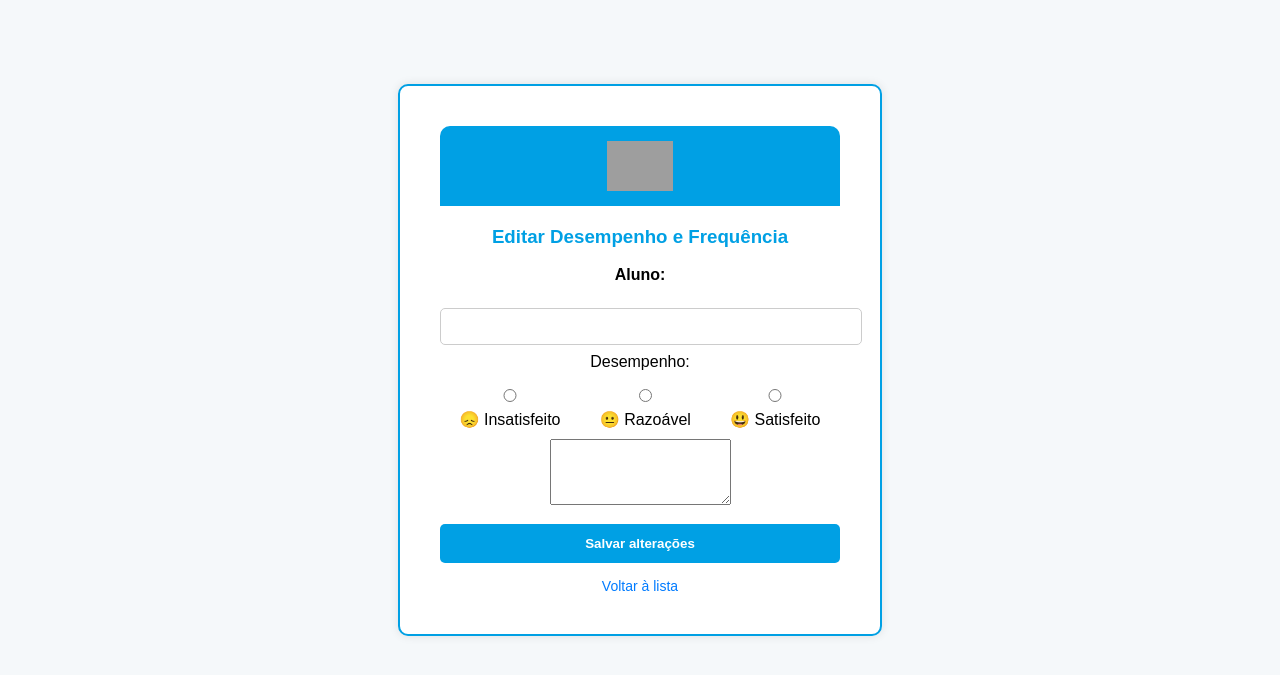
Repository: Guilherme-burle/Portal-do-Aluno-P2
Page: PortaldoAluno/Aplicativo/templates/editDF.html
An editor plug-in stored every save of this project. The page is shown before and after the next save, followed by the edit.
The browser window is 1280 px wide. The pictures show the whole page.
Pictures or frames that could not be fetched are drawn as grey boxes. The page is served by the project's application, run on Django 5.2 (PortaldoAluno/manage.py). Other server files are loaded and not shown. The template is opened directly, without the code that normally fills it, so the values that code supplies are empty.

Above is the page before, as saved 2025-05-19 19:10:17.

### PortaldoAluno/Aplicativo/templates/editDF.html
<!DOCTYPE html>
<html lang="pt-br">
<head>
  <meta charset="UTF-8" />
  <title>Editar Desempenho e Frequência</title>
  <style>
    body {
      font-family: Arial, sans-serif;
      background-color: #f5f8fa;
      margin: 0;
      padding: 0;
      display: flex;
      justify-content: center;
      align-items: center;
      height: 100vh;
    }

    .container {
      background-color: white;
      padding: 40px;
      border-radius: 10px;
      border: 2px solid #00a0e4;
      box-shadow: 0 0 10px rgba(0,0,0,0.1);
      text-align: center;
      width: 400px;
      overflow-y: auto;
      max-height: 90vh;
    }

    .logo {
      background-color: #00a0e4;
      padding: 15px;
      border-radius: 10px 10px 0 0;
      display: flex;
      align-items: center;
      justify-content: center;
    }

    .logo img {
      height: 50px;
    }

    h3 {
      color: #00a0e4;
      margin-top: 20px;
    }

    input, select {
      width: 100%;
      padding: 10px;
      margin: 8px 0;
      border: 1px solid #ccc;
      border-radius: 5px;
    }

    .btn-cadastro {
      background-color: #00a0e4;
      color: white;
      border: none;
      padding: 12px;
      width: 100%;
      border-radius: 5px;
      cursor: pointer;
      font-weight: bold;
      margin-top: 15px;
    }

    .btn {
      background-color: #00a0e4;
      color: white;
      border: none;
      padding: 12px;
      width: 100%;
      border-radius: 5px;
      cursor: pointer;
      font-weight: bold;
      margin-top: 20px;
    }

    .voltar {
      margin-top: 15px;
      font-size: 14px;
    }

    .voltar a {
      color: #007bff;
      text-decoration: none;
    }

    .voltar a:hover {
      text-decoration: underline;
    }
  </style>
</head>
<body>
  <div class="container">
    <div class="logo">
      <img src="https://i.imgur.com/7H8lMIL.png" alt="Logo Instituto Solidare" />
    </div>

     <h3>Editar Desempenho e Frequência</h3>

    <form method="POST" action="{% url 'editDF' desempenho.id %}">
      {% csrf_token %}
      <p><strong>Aluno:</strong> {{ desempenho.aluno.nome }}</p>

      <input type="number" name="faltas" value="{{ desempenho.faltas }}" min="0" required />

      <label>Desempenho:</label>
      <div style="display: flex; justify-content: space-around; margin: 10px 0;">
        <label><input type="radio" name="emoji" value="😞" {% if desempenho.emoji == '😞' %}checked{% endif %}/> 😞 Insatisfeito</label>
        <label><input type="radio" name="emoji" value="😐" {% if desempenho.emoji == '😐' %}checked{% endif %}/> 😐 Razoável</label>
        <label><input type="radio" name="emoji" value="😃" {% if desempenho.emoji == '😃' %}checked{% endif %}/> 😃 Satisfeito</label>
      </div>

      <textarea name="comentario_professor" rows="4">{{ desempenho.comentario_professor }}</textarea>

      <button type="submit" class="btn-cadastro">Salvar alterações</button>
    </form>

    <div class="voltar"><a href="{% url 'listDF' %}">Voltar à lista</a></div>
  </div>
</body>
</html>

### PortaldoAluno/projeto/urls.py
"""
URL configuration for portal project.

The `urlpatterns` list routes URLs to views. For more information please see:
    https://docs.djangoproject.com/en/5.2/topics/http/urls/
Examples:
Function views
    1. Add an import:  from my_app import views
    2. Add a URL to urlpatterns:  path('', views.home, name='home')
Class-based views
    1. Add an import:  from other_app.views import Home
    2. Add a URL to urlpatterns:  path('', Home.as_view(), name='home')
Including another URLconf
    1. Import the include() function: from django.urls import include, path
    2. Add a URL to urlpatterns:  path('blog/', include('blog.urls'))
"""
from django.contrib import admin
from django.urls import path, include

urlpatterns = [
    path('admin/', admin.site.urls),
    path('', include('Aplicativo.urls')),
]

### PortaldoAluno/Aplicativo/urls.py
from django.urls import path
from . import views

urlpatterns = [
    path('', views.home, name='home'),
    path('login/', views.login, name='login'),
    path('logout/', views.logout_view, name='logout'),
    path('cadastro/', views.cadastro, name='cadastro'),
    path('add/', views.add_aluno, name='add'),
    path('homeadm/', views.home_adm, name='homeadm'),
    path('ver/', views.ver, name='ver'),
    path('ver/<int:aluno_id>/deletar', views.deletar_alunos, name='deletar'),
    path('ver/<int:aluno_id>/editar', views.editar_alunos, name='editar'),
    path('avaliacao/', views.avaliar_solidare, name='avaliacao'),
    path('calendario/', views.calendario, name='calendario'),
    path('add_eventos/', views.add_eventos, name='add_eventos'),
    path('addDF', views.desempenho_create, name='addDF'),
    path('listDF/', views.desempenho_list, name='listDF'),
    path('editDF/<int:id>/', views.desempenho_edit, name='editDF'),
    path('deleteDF/<int:id>/', views.desempenho_delete, name='deleteDF'),
]

After the next save:
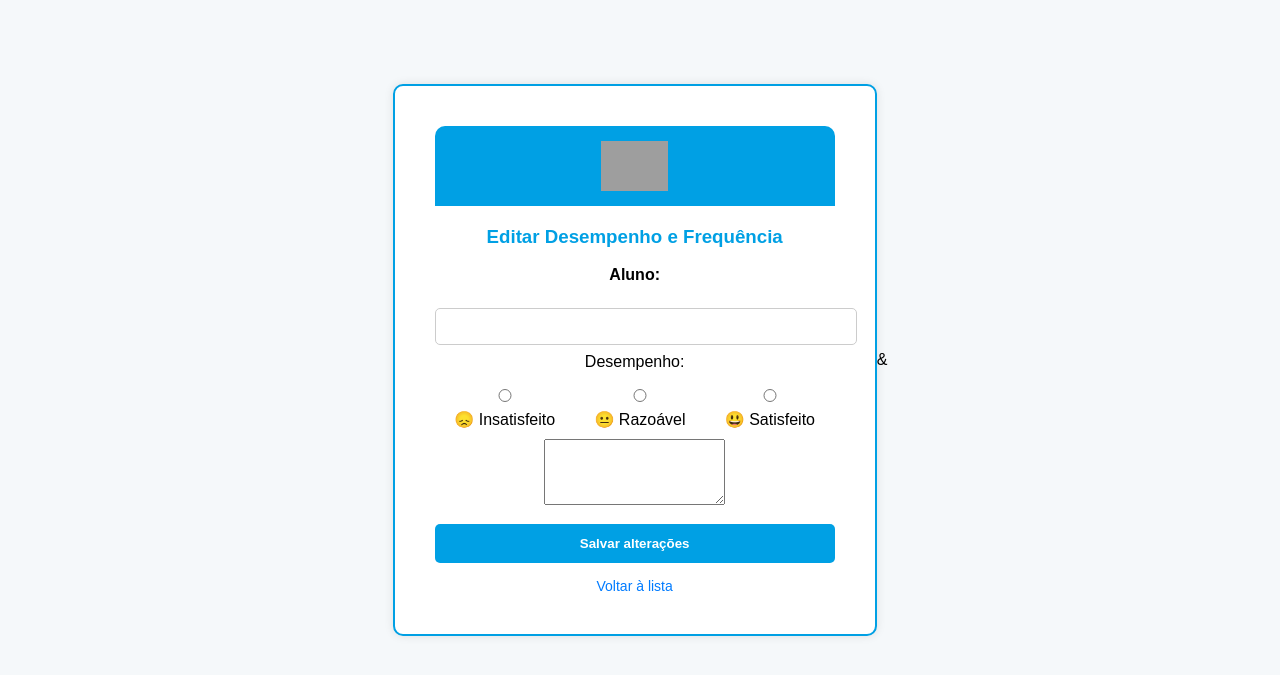
Saved 70 s later.
--- a/PortaldoAluno/Aplicativo/templates/editDF.html
+++ b/PortaldoAluno/Aplicativo/templates/editDF.html
@@ -119,6 +119,6 @@
     </form>
 
     <div class="voltar"><a href="{% url 'listDF' %}">Voltar à lista</a></div>
-  </div>
+  </div> &
 </body>
 </html>

After the save that followed:
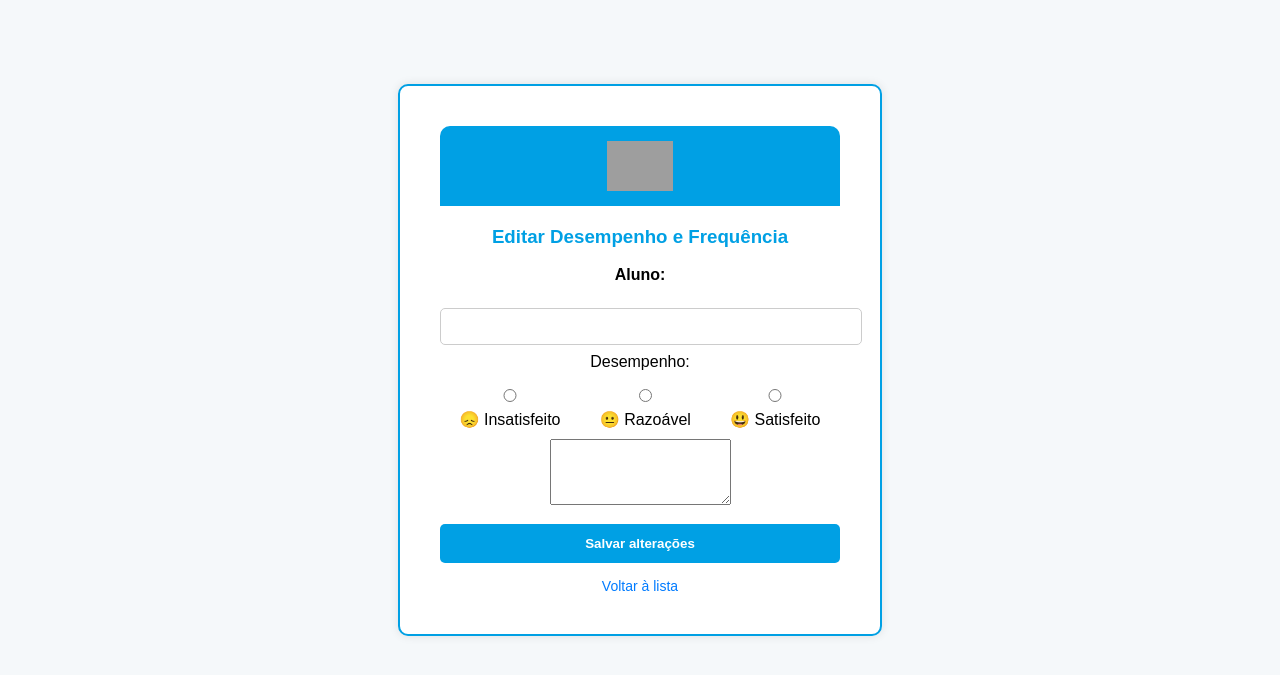
Saved 4 s later.
--- a/PortaldoAluno/Aplicativo/templates/editDF.html
+++ b/PortaldoAluno/Aplicativo/templates/editDF.html
@@ -119,6 +119,6 @@
     </form>
 
     <div class="voltar"><a href="{% url 'listDF' %}">Voltar à lista</a></div>
-  </div> &
+  </div>
 </body>
 </html>
